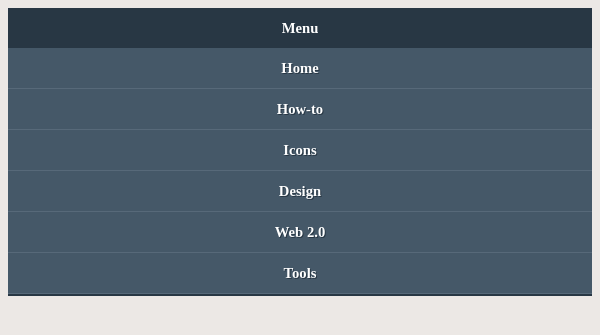
Repository: solankepl/demo-assignment
Page: menuResponsive.html
The author's editor kept a record of every edit. The page is drawn from the files as they stood at one moment, then again after the next edit.
The browser window is 600 px wide. The pictures show the whole page.
Some web libraries are served in a nearby version.

Above is the page before.

After the next edit:
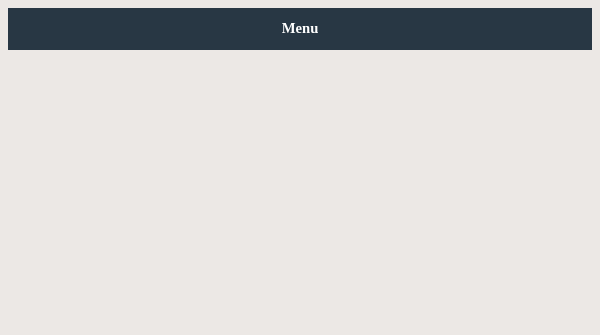
The edit:
--- a/style.css
+++ b/style.css
@@ -60,7 +60,7 @@
   	}
   	nav ul {
   		width: 100%;
-  		display: block;
+  		display: none;
   		height: auto;
   	}
 
